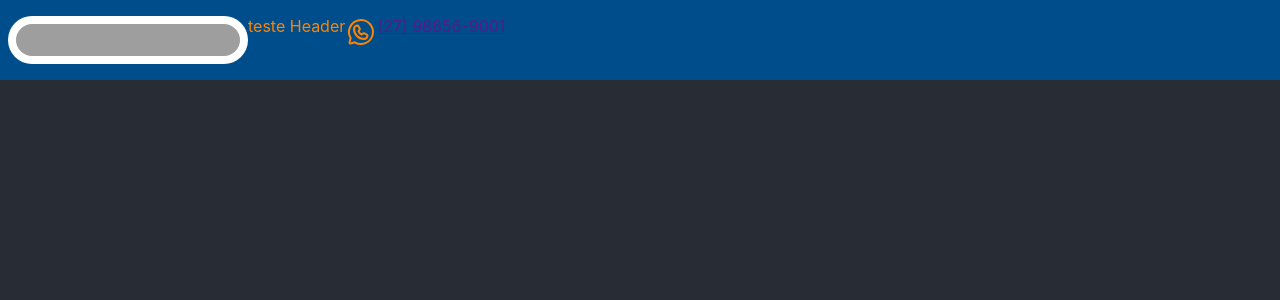
Repository: K0slov/testeAPI
Page: /
These files come from the project's save history. The page is drawn as it stood at one moment and after the next save; the edit follows.
The browser window is 1280 px wide. The pictures show the whole page.
Pictures or frames that could not be fetched are drawn as grey boxes. The project was rebuilt for these pictures with package versions that can differ from the ones it lists, and the page was loaded fresh each time. Also part of the build but not shown: vite.config.ts.

Above is the page before, as saved 2022-06-27 14:43:13.

### src/App.tsx
import { Header } from "./components/Header/header"


function App() {
  return (
    <Header />
  )
}

export default App

### src/styles/global.css
body {
  margin: 0;
  font-family: -apple-system, 'Roboto', sans-serif;
  -webkit-font-smoothing: antialiased;
  -moz-osx-font-smoothing: grayscale;
  background-color: #282c34;
  color: white;
}

code {
  font-family: source-code-pro, Menlo, Monaco, Consolas, 'Courier New',
    monospace;
}

### src/components/Header/header.tsx
import React from "react";
import './style.modeule.css'
import image from '../../assets/logoAmarelo.png'
import { WhatsappLogo } from "phosphor-react";

export function Header() {
    return(
        <header>
            <img src={image} />
            teste Header
            <div className="wpp">
                <WhatsappLogo size={32} color="#fd8402" />
                <a href="">
                    (27) 98856-9001
                </a>
            </div>
        </header>
    )
}

### src/components/Header/style.modeule.css
header{
    padding: 1rem 0.5rem;
    background-color: #004d8b;
    display: flex;
    align-itens: center;
    color: #fd8402;
}

img{
    width: 14rem;
    height: 2rem;
    background: white;
    border-radius: 4rem;
    padding: 0.5rem;
}
.wpp {
    display: flex;
    flex-direction: colum;
}

Loaded but not shown: index.html (common file); src/main.tsx (common file)

After the next save:
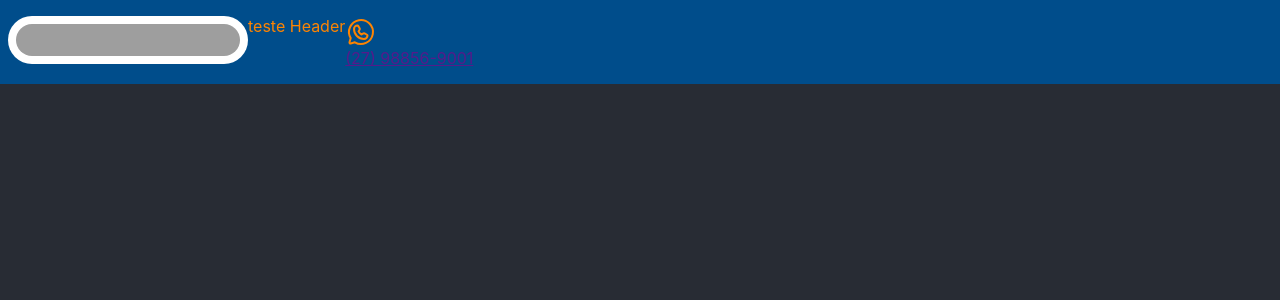
Saved 18 s later.
--- a/src/components/Header/style.modeule.css
+++ b/src/components/Header/style.modeule.css
@@ -15,5 +15,5 @@ img{
 }
 .wpp {
     display: flex;
-    flex-direction: colum;
+    flex-direction: column;
 }
